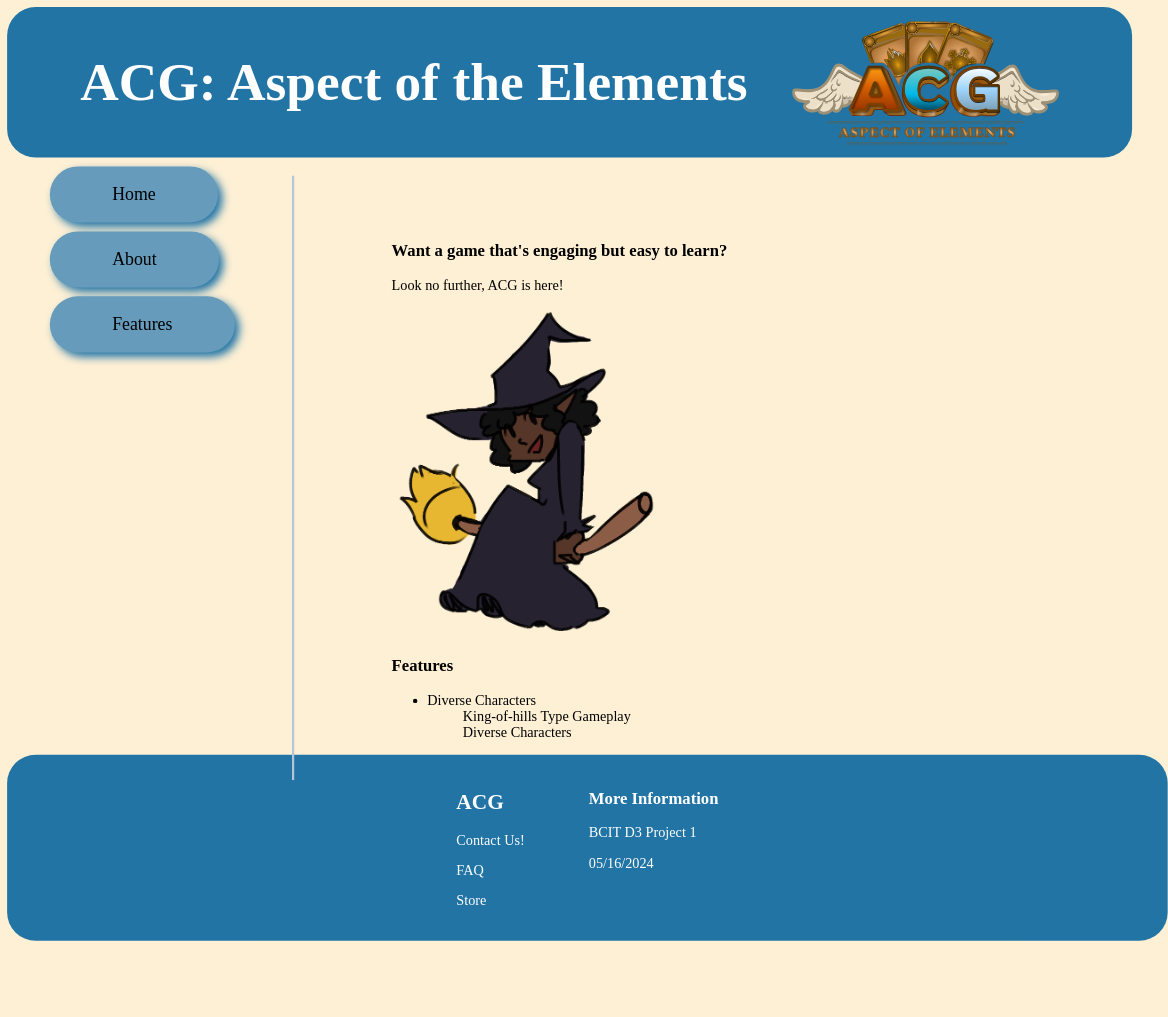
Repository: Delukalgh/ACG
Page: Features.html
These files come from the project's save history. The page is drawn as it stood at one moment and after the next save; the edit follows.
The browser window is 1280 px wide. The page is 1312 px wide, so the pictures cover 1312 px, including what lies to the right of the window. The pictures show the whole page, at 89% of full size.

Above is the page before, as saved 2024-05-15 15:36:58.

### Features.html
<!DOCTYPE html>
<html lang="en">

<head>
  <meta charset="UTF-8">
  <meta name="viewport" content="width=device-width, initial-scale=1.0">
  <meta http-equiv="X-UA-Compatible" content="ie=edge">
  <title>ACG Home Page</title>
  <link rel="stylesheet" href="features-style.css">
</head>

<body>
  <script src="index.js"></script>
  <div class="main-container">
    <div class="header-container">
      <h1 class="acg-header">ACG: Aspect of the Elements</h1>
      <img class="acg-logo" src="images/ACG-Logo.svg" alt="acg logo" style="width: 300px;" />
    </div>
    <div class="vertical-line"></div>

    <!--Side Menu-->
    <div class="buttons-container">
      <div class="button">
        <a class="link" href="index.html">
          <button class="about-page">Home</button>
        </a>
      </div>
    <div class="button">
      <a class="link" href="about.html">
        <button class="about-page">About</button>
      </a>
    </div>
    <div class="button">
      <a class="link" href="features.html">
        <button class="about-page">Features</button>
      </a>
    </div>
    </div>

    <!--Content-->
    <div class="features-container">
      <div class="content">
      <h3>Want a game that's engaging but easy to learn?</h3>
      <p>Look no further, ACG is here!</p>
        <img src="images/IllustrationWitchGirl.png" width="300px"/>


        <h3>Features</h3>
        <ul>
          <li>Diverse Characters</li>
          <ul>King-of-hills Type Gameplay</ul>
          <ul>Diverse Characters</ul>
        </ul>
      </div>
    </div>

    <!--Footer-->
    <div class="footer-container">
      <div class="footer-group-1">
        <h2>ACG</h2>
        <p>Contact Us!</p>
        <p>FAQ</p>
        <p>Store</p>
      </div>

      <div class="footer-group-2">
        <h3>More Information</h3>
        <p>BCIT D3 Project 1</p>
        <p>05/16/2024</p>
      </div>
    </div>
  </div>
</body>

</html>

### features-style.css
body {
  background-color: #FDF0D5;
}

.main-container {
  position: relative;
  min-height: 100vh;
}
.header-container {
  display: flex;
  background-color: #2274A5;
  padding: 10px;
  justify-content: center;
  border-radius: 32px;
}

.acg-header {
  color: white;
  font-family: cursive;
  font-size: 60px;
}

.acg-logo {
  display: flex;
  margin-left: 50px;
}

.vertical-line {
  border-left: 3px solid #B3C5D7;
  height: 42.5em;
  position:absolute;
  margin-left: 20em;
  border-radius: 32px;
  margin-top: 20px;
}
.buttons-container {
  width: fit-content;
}
.button {
  display: flex;
  justify-content: center;
  margin-top: 10px;
  justify-content: left;
  margin-left: 3em;
}

.about-page {
  display: flex;
  background-color: #669BBC;
  padding: 20px 70px;
  border-radius: 32px;
  border: none;
  font-size: 20px;
  font-family: cursive;
  box-shadow: 5px 5px 10px #2274A5;
  cursor: pointer;
}

.link {
  text-decoration: none;
}

.footer-container {
  display: flex;
  background-color: #2274A5;
  padding: 20px;
  justify-content: center;
  border-radius: 32px;

  width: 100%;
  color: white;
  font-family: cursive;
}

.footer-group-1 {
margin-right: 10vh;
height: 100%;
}

.features-container {
  margin-left: 60vh;
  position:relative;
  margin-top: -20vh;

}

Loaded but not shown: index.js (no stored copy; drawn as an empty file)

After the next save:
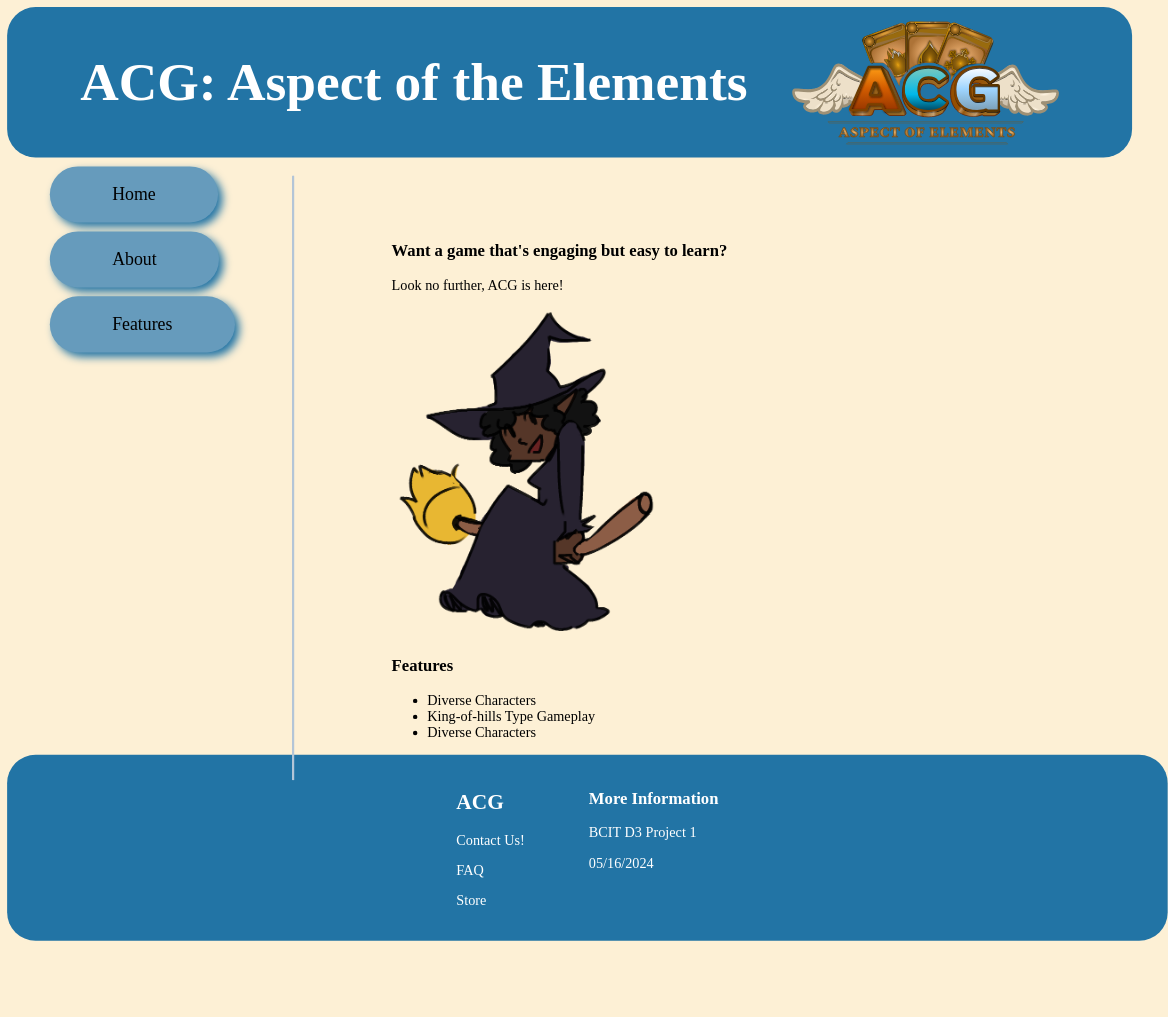
Saved 15 s later.
--- a/Features.html
+++ b/Features.html
@@ -48,8 +48,8 @@
         <h3>Features</h3>
         <ul>
           <li>Diverse Characters</li>
-          <ul>King-of-hills Type Gameplay</ul>
-          <ul>Diverse Characters</ul>
+          <li>King-of-hills Type Gameplay</li>
+          <li>Diverse Characters</li>
         </ul>
       </div>
     </div>
